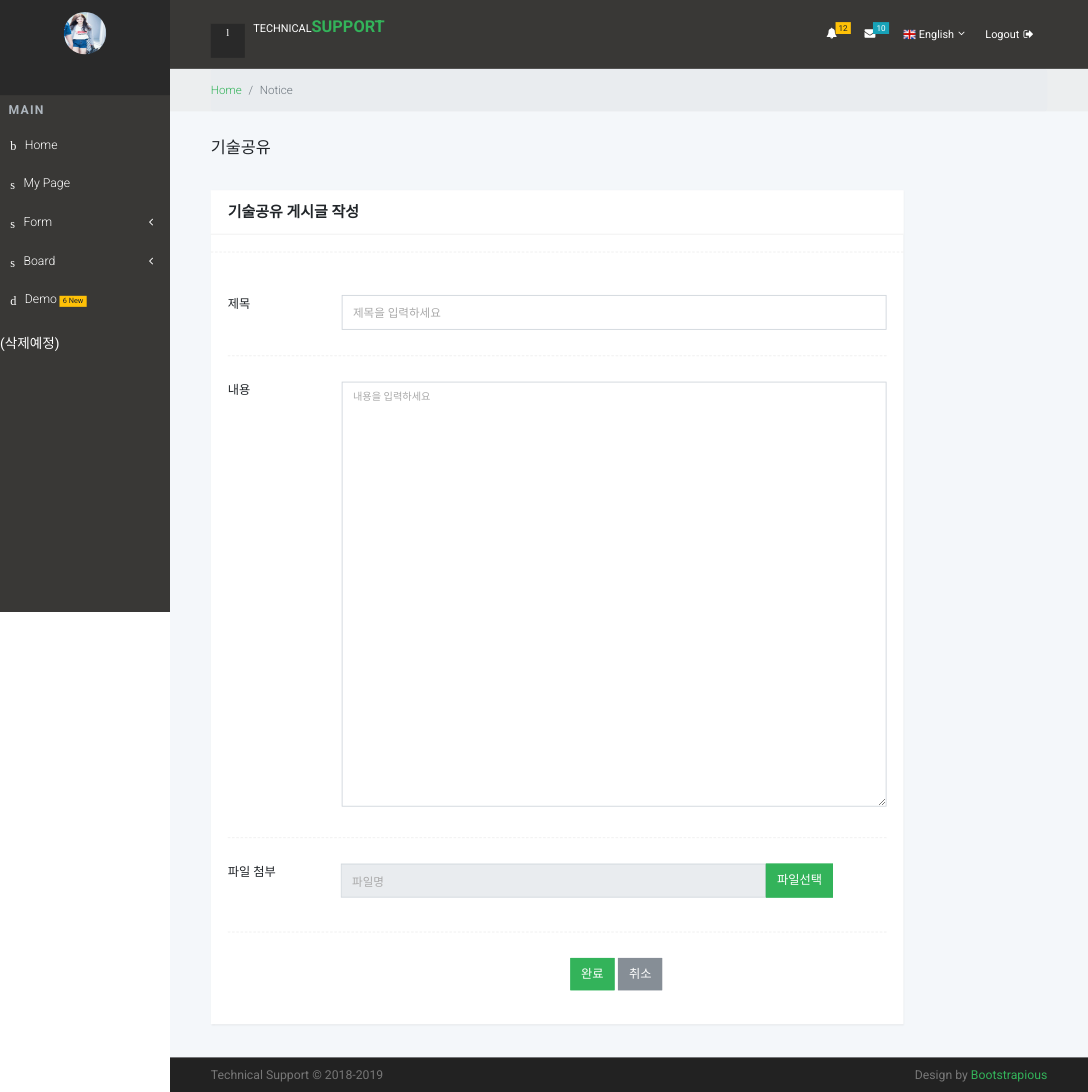
Repository: chi468/Tech_Support_Solution
Page: http://localhost/sol/views/sharing/sharingCreate.jsp
An editor plug-in stored every save of this project. The page is shown before and after the next save, followed by the edit.
The browser window is 1280 px wide. The pictures show the whole page, at 85% of full size.
Some web fonts or font styles are not loaded; a fallback is used. The page is served by Tomcat 9. Other server files are loaded and not shown.

Above is the page before, as saved 2018-12-04 12:18:33.

### web_workspace_sol/sol/WebContent/views/sharing/sharingCreate.jsp
<%@ page language="java" contentType="text/html; charset=UTF-8"
    pageEncoding="UTF-8"%>
<!DOCTYPE html PUBLIC "-//W3C//DTD HTML 4.01 Transitional//EN" "http://www.w3.org/TR/html4/loose.dtd">
<html>
  <head>
  <!-- head 부분 -->
  <%@include file="/layout/head.jsp" %>
  </head>

  <body>
    <!-- Side Navbar -->
    <%@include file="/layout/sideNavi.jsp" %>

    <div class="page">
      <!-- navbar-->
      <%@include file="/layout/header.jsp" %>
      <!-- Breadcrumb-->
      <div class="breadcrumb-holder">
        <div class="container-fluid">
          <ul class="breadcrumb">
            <li class="breadcrumb-item"><a href="index.html">Home</a></li>
            <li class="breadcrumb-item active">Notice       </li>
          </ul>
        </div>
      </div>
      <section class="forms">
        <div class="container-fluid">
          <!-- Page Header-->
          <header>
            <h1 class="h3 display">기술공유            </h1>
          </header>
          <div class="row">
            <div class="col-lg-10">
              <div class="card">
                <div class="card-header d-flex align-items-center">
                  <h4>기술공유 게시글 작성</h4>
                </div>

                <div class="line"></div>
                <div class="card-body">
                  <form class="form-horizontal" action="/createSharing.do" method="post" enctype="multipart/form-data">
                    <div class="form-group row">
                      <label class="col-sm-2 form-control-label">제목</label>
                      <div class="col-sm-10">
                        <input id="name" name="name" type="text" class="form-control" placeholder="제목을 입력하세요">
                      </div>
                    </div>
                    <div class="line"></div>
                    <div class="form-group row">
                      <label class="col-sm-2 form-control-label">내용</label>
                      <div class="col-sm-10 mb-3">
                        <textarea id="text" name="text" class="form-control" style="height:500px;" placeholder="내용을 입력하세요"></textarea>
                      </div>
                    </div>
                    <div class="line"></div>
                    <div class="form-group row">
                      <label class="col-sm-2 form-control-label">파일 첨부</label>
                      <div class="col-sm-8">
                        <div class="form-group">
                          <div class="input-group">
                            <div class="input-group-append">
                             <input type="text" id="fileName" name="fileName" class="form-control" placeholder="파일명" style="width:500px;" readonly/>
                             <input type="file" name="upfile" id="fileInput" style="display:none;" readonly/>
                             <button type="button" class="btn btn-primary" onclick="return inputFile();" name="upfile" id="fileInputBtn">파일선택</button>
                            </div>
                          </div>
                        </div>
                      </div>
                    </div>
                    <div class="line"></div>
                    <div class="form-group row">
                      <div class="col-sm-6 offset-sm-6">
                      	<button type="submit" class="btn btn-primary" onclick="return isSave();">완료</button>
                        <a href="/views/sharing/sharing.jsp" onclick="return isCancel();" class="btn btn-secondary">취소</a>
                      </div>
                    </div>
                  </form>
                </div>
              </div>
            </div>
          </div>
        </div>
      </section>
      <footer class="main-footer">
        <div class="container-fluid">
          <div class="row">
            <div class="col-sm-6">
              <p>Technical Support &copy; 2018-2019</p>
            </div>
            <div class="col-sm-6 text-right">
              <p>Design by <a href="https://bootstrapious.com" class="external">Bootstrapious</a></p>
              <!-- Please do not remove the backlink to us unless you support further theme's development at https://bootstrapious.com/donate. It is part of the license conditions and it helps me to run Bootstrapious. Thank you for understanding :)-->
            </div>
          </div>
        </div>
      </footer>
    </div>
    <!-- JavaScript files-->
	<%@ include file="/layout/javaScriptFile.jsp" %>

	<!-- cancel 버튼 확인을 위한 JavaScript 코드 -->
	<script>
		function isCancel(){
			if(window.confirm("정말로 취소하시겠습니까? 현재 작성하시던 글이 모두 취소됩니다.")){
				return true;
			}else
				return false;
		};

		function isSave(){

			console.log($("#name").val());

			if($("#name").val()=="" || $("#text").val()=="")
			{
				alert("작성되지 않은 부분이 있습니다.");
				return false;
			}


			if(window.confirm("저장하고 글을 올리시겠습니까?")){
				return true;
			}else
				return false;
		};



		function inputFile(){
			$("#fileInput").click();
		};

		$(function(){
			$("#fileInput").change(function(){

				var filePath = $("#fileInput").val();

				console.log(filePath);

				var fileName = filePath.split('\\').pop().trim();

				var ext = fileName.split('.').pop().trim();

				if(ext=="zip"||ext=="jpg"||ext=="png"||ext=="bmp"||ext=="jpeg"||ext=="gif"
					||ext=="hwp"||ext=="doc"||ext=="ppt"||ext=="xls"||ext=="txt"||ext=="pdf"){

					$("#fileName").val(fileName);
				}
				else{
					alert("이미지,일반문서,zip 파일만 업로드 가능합니다.");
				}
			});
		});

		function deleteFile(){
			$("#fileInput").val("");
			$("#fileName").val("");
		}




	</script>


    <!-- JavaScript files-->
 	<%@include file="/layout/javaScriptFile.jsp"%>
    <!-- Main File-->
    <script src="/js/front.js"></script>
  </body>
</html>

### web_workspace_sol/sol/WebContent/layout/head.jsp
<%@ page language="java" contentType="text/html; charset=UTF-8"
    pageEncoding="UTF-8"%>
<!DOCTYPE html PUBLIC "-//W3C//DTD HTML 4.01 Transitional//EN" "http://www.w3.org/TR/html4/loose.dtd">
<html>
 <head>
 	<%@ taglib prefix="c" uri="http://java.sun.com/jsp/jstl/core" %>
    <meta charset="utf-8">
    <meta http-equiv="X-UA-Compatible" content="IE=edge">
    <title>메인 페이지</title>
    <meta name="description" content="">
    <meta name="viewport" content="width=device-width, initial-scale=1">
    <meta name="robots" content="all,follow">
    <!-- Bootstrap CSS-->
    <link rel="stylesheet" href="/vendor/bootstrap/css/bootstrap.min.css">
    <!-- Font Awesome CSS-->
    <link rel="stylesheet" href="/vendor/font-awesome/css/font-awesome.min.css">
    <!-- Fontastic Custom icon font-->
    <link rel="stylesheet" href="/css/fontastic.css">
    <!-- Google fonts - Roboto -->
    <link rel="stylesheet" href="https://fonts.googleapis.com/css?family=Roboto:300,400,500,700">
    <!-- jQuery Circle-->
    <link rel="stylesheet" href="/css/grasp_mobile_progress_circle-1.0.0.min.css">
    <!-- Custom Scrollbar-->
    <link rel="stylesheet" href="/vendor/malihu-custom-scrollbar-plugin/jquery.mCustomScrollbar.css">
    <!-- theme stylesheet-->
    <link rel="stylesheet" href="/css/style.default.css" id="theme-stylesheet">
    <!-- Custom stylesheet - for your changes-->
    <link rel="stylesheet" href="/css/custom.css">
    <!-- Favicon-->
    <link rel="shortcut icon" href="/img/logo.png">
    <!-- Tweaks for older IEs--><!--[if lt IE 9]>
        <script src="https://oss.maxcdn.com/html5shiv/3.7.3/html5shiv.min.js"></script>
        <script src="https://oss.maxcdn.com/respond/1.4.2/respond.min.js"></script><![endif]-->
  </head>
<body>

</body>
</html>

### web_workspace_sol/sol/WebContent/layout/sideNavi.jsp
<%@ page language="java" contentType="text/html; charset=UTF-8"
    pageEncoding="UTF-8"%>
<%@ taglib prefix="c"   uri="http://java.sun.com/jsp/jstl/core" %>

<!DOCTYPE html PUBLIC "-//W3C//DTD HTML 4.01 Transitional//EN" "http://www.w3.org/TR/html4/loose.dtd">
<html>
<head>
<meta http-equiv="Content-Type" content="text/html; charset=UTF-8">
<title>Insert title here</title>
</head>
<body>

<nav class="side-navbar">
      <div class="side-navbar-wrapper">
        <!-- Sidebar Header    -->
        <div class="sidenav-header d-flex align-items-center justify-content-center">
          <!-- User Info-->
          <div class="sidenav-header-inner text-center"><img src="/img/photos/externalFile.jpg" alt="person" class="img-fluid rounded-circle">
            <h2 class="h5">${member.userName}</h2><span>${member.email}</span>
            <span>${member.company }</span>
          </div>
          <!-- Small Brand information, appears on minimized sidebar-->
          <div class="sidenav-header-logo"><a href="/index.html" class="brand-small text-center"> <strong>T</strong><strong class="text-primary">S</strong></a></div>
        </div>
        <!-- Sidebar Navigation Menus-->
        <div class="main-menu">
          <h5 class="sidenav-heading">Main</h5>
          <ul id="side-main-menu" class="side-menu list-unstyled">
            <li><a href="/views/main.jsp"> <i class="icon-home"></i>Home                             </a></li>
            <li><a href="/views/myPage/pwCheck.jsp"> <i class="icon-interface-windows"></i>My Page                             </a></li>
            <li><a href="#formDropDown" aria-expanded="false" data-toggle="collapse"> <i class="icon-interface-windows"></i>Form</a>
              <ul id="formDropDown" class="collapse list-unstyled ">
                <li><a href="/views/notice/noticeCreate.jsp">공지사항 작성</a></li>
                <li><a href="/views/sharing/sharingCreate.jsp">기술공유 작성</a></li>
                <li><a href="/views/technicalSupport/technicalSupportCreate.jsp">기술지원 작성</a></li>
              </ul>
            </li>
            <!--
            <li><a href="/charts.html"> <i class="fa fa-bar-chart"></i>Charts                             </a></li>
            <li><a href="/tables.html"> <i class="icon-grid"></i>Tables                             </a></li>
            -->
            <li><a href="#boardDropDown" aria-expanded="false" data-toggle="collapse"> <i class="icon-interface-windows"></i>Board</a>
              <ul id="boardDropDown" class="collapse list-unstyled ">
                <li><a href="/noticeView.do">공지사항</a></li>
                <li><a href="/sharingView.do">기술공유</a></li>
                <li><a href="/technicalSupportView.do">기술지원</a></li>
              </ul>
            </li>

            <li> <a href="#"> <i class="icon-mail"></i>Demo
                <div class="badge badge-warning">6 New</div></a></li>
          </ul>
        </div>
       	<!-- 어드민 페이지가 아닌경우 display none으로 변경 -->
       	<c:out value="${sessionScope.member.email}"/>(삭제예정) <br>
       	<c:if test="${sessionScope.member.typeNo==4}">
       	 <div class="admin-menu"  style="display:block;">
        	<h5 class="sidenav-heading">Admin menu</h5>
          	<ul id="side-admin-menu" class="side-menu list-unstyled">
            	<li> <a href="/memberAllView.do"> <i class="icon-screen"> </i>회원 전체 정보 조회</a></li>
            	<li> <a href="/views/admin/approval.jsp"> <i class="icon-flask"> </i>회원 가입 승인</a></li>
                	<div class="badge badge-info">Special</div></a></li>
            	<li> <a href=""> <i class="icon-flask"> </i>Demo</a></li>
            	<li> <a href=""> <i class="icon-picture"> </i>Demo</a></li>
          </ul>
         </div>
        </c:if>
      </div>
    </nav>


</body>
</html>

### web_workspace_sol/sol/WebContent/layout/header.jsp
 	<header class="header">
        <nav class="navbar">
          <div class="container-fluid">
            <div class="navbar-holder d-flex align-items-center justify-content-between">
              <div class="navbar-header"><a id="toggle-btn" href="#" class="menu-btn"><i class="icon-bars"> </i></a><a href="/views/main.jsp" class="navbar-brand">
                  <div class="brand-text d-none d-md-inline-block"><span>Technical</span><strong class="text-primary">Support</strong></div></a></div>
              <ul class="nav-menu list-unstyled d-flex flex-md-row align-items-md-center">
                <!-- Notifications dropdown-->
                <li class="nav-item dropdown"> <a id="notifications" rel="nofollow" data-target="#" href="#" data-toggle="dropdown" aria-haspopup="true" aria-expanded="false" class="nav-link"><i class="fa fa-bell"></i><span class="badge badge-warning">12</span></a>
                  <ul aria-labelledby="notifications" class="dropdown-menu">
                    <li><a rel="nofollow" href="#" class="dropdown-item">
                        <div class="notification d-flex justify-content-between">
                          <div class="notification-content"><i class="fa fa-envelope"></i>You have 6 new messages </div>
                          <div class="notification-time"><small>4 minutes ago</small></div>
                        </div></a></li>
                    <li><a rel="nofollow" href="#" class="dropdown-item">
                        <div class="notification d-flex justify-content-between">
                          <div class="notification-content"><i class="fa fa-twitter"></i>You have 2 followers</div>
                          <div class="notification-time"><small>4 minutes ago</small></div>
                        </div></a></li>
                    <li><a rel="nofollow" href="#" class="dropdown-item">
                        <div class="notification d-flex justify-content-between">
                          <div class="notification-content"><i class="fa fa-upload"></i>Server Rebooted</div>
                          <div class="notification-time"><small>4 minutes ago</small></div>
                        </div></a></li>
                    <li><a rel="nofollow" href="#" class="dropdown-item">
                        <div class="notification d-flex justify-content-between">
                          <div class="notification-content"><i class="fa fa-twitter"></i>You have 2 followers</div>
                          <div class="notification-time"><small>10 minutes ago</small></div>
                        </div></a></li>
                    <li><a rel="nofollow" href="#" class="dropdown-item all-notifications text-center"> <strong> <i class="fa fa-bell"></i>view all notifications                                            </strong></a></li>
                  </ul>
                </li>
                <!-- Messages dropdown-->
                <li class="nav-item dropdown"> <a id="messages" rel="nofollow" data-target="#" href="#" data-toggle="dropdown" aria-haspopup="true" aria-expanded="false" class="nav-link"><i class="fa fa-envelope"></i><span class="badge badge-info">10</span></a>
                  <ul aria-labelledby="notifications" class="dropdown-menu">
                    <li><a rel="nofollow" href="#" class="dropdown-item d-flex">
                        <div class="msg-profile"> <img src="/img/avatar-1.jpg" alt="..." class="img-fluid rounded-circle"></div>
                        <div class="msg-body">
                          <h3 class="h5">Jason Doe</h3><span>sent you a direct message</span><small>3 days ago at 7:58 pm - 10.06.2014</small>
                        </div></a></li>
                    <li><a rel="nofollow" href="#" class="dropdown-item d-flex">
                        <div class="msg-profile"> <img src="/img/avatar-2.jpg" alt="..." class="img-fluid rounded-circle"></div>
                        <div class="msg-body">
                          <h3 class="h5">Frank Williams</h3><span>sent you a direct message</span><small>3 days ago at 7:58 pm - 10.06.2014</small>
                        </div></a></li>
                    <li><a rel="nofollow" href="#" class="dropdown-item d-flex">
                        <div class="msg-profile"> <img src="/img/avatar-3.jpg" alt="..." class="img-fluid rounded-circle"></div>
                        <div class="msg-body">
                          <h3 class="h5">Ashley Wood</h3><span>sent you a direct message</span><small>3 days ago at 7:58 pm - 10.06.2014</small>
                        </div></a></li>
                    <li><a rel="nofollow" href="#" class="dropdown-item all-notifications text-center"> <strong> <i class="fa fa-envelope"></i>Read all messages    </strong></a></li>
                  </ul>
                </li>
                <!-- Languages dropdown    -->
                <li class="nav-item dropdown"><a id="languages" rel="nofollow" data-target="#" href="#" data-toggle="dropdown" aria-haspopup="true" aria-expanded="false" class="nav-link language dropdown-toggle"><img src="/img/flags/16/GB.png" alt="English"><span class="d-none d-sm-inline-block">English</span></a>
                  <ul aria-labelledby="languages" class="dropdown-menu">
                    <li><a rel="nofollow" href="#" class="dropdown-item"> <img src="img/flags/16/DE.png" alt="English" class="mr-2"><span>German</span></a></li>
                    <li><a rel="nofollow" href="#" class="dropdown-item"> <img src="img/flags/16/FR.png" alt="English" class="mr-2"><span>French                                                         </span></a></li>
                  </ul>
                </li>
                <!-- Log out-->
                <li class="nav-item"><a href="/logout.do" class="nav-link logout"> <span class="d-none d-sm-inline-block">Logout</span><i class="fa fa-sign-out"></i></a></li>
              </ul>
            </div>
          </div>
        </nav>
 	</header>

### web_workspace_sol/sol/WebContent/layout/javaScriptFile.jsp
<%@ page language="java" contentType="text/html; charset=UTF-8"
    pageEncoding="UTF-8"%>
<!DOCTYPE html PUBLIC "-//W3C//DTD HTML 4.01 Transitional//EN" "http://www.w3.org/TR/html4/loose.dtd">
<html>
<head>
<meta http-equiv="Content-Type" content="text/html; charset=UTF-8">
<title>Insert title here</title>
</head>
<body>

 	<script src="/vendor/jquery/jquery.min.js"></script>
    <script src="/vendor/popper.js/umd/popper.min.js"> </script>
    <script src="/vendor/bootstrap/js/bootstrap.min.js"></script>
    <script src="/js/grasp_mobile_progress_circle-1.0.0.min.js"></script>
    <script src="/vendor/jquery.cookie/jquery.cookie.js"> </script>
    <script src="/vendor/chart.js/Chart.min.js"></script>
    <script src="/vendor/jquery-validation/jquery.validate.min.js"></script>
    <script src="/vendor/malihu-custom-scrollbar-plugin/jquery.mCustomScrollbar.concat.min.js"></script>
    <script src="/js/charts-home.js"></script>

</body>
</html>

### web_workspace_sol/sol/WebContent/css/fontastic.css
@charset "UTF-8";

@font-face {
  font-family: "dashboard";
  src:url("../fonts/dashboard.eot");
  src:url("../fonts/dashboard.eot?#iefix") format("embedded-opentype"),
    url("../fonts/dashboard.woff") format("woff"),
    url("../fonts/dashboard.ttf") format("truetype"),
    url("../fonts/dashboard.svg#dashboard") format("svg");
  font-weight: normal;
  font-style: normal;

}

[data-icon]:before {
  font-family: "dashboard" !important;
  content: attr(data-icon);
  font-style: normal !important;
  font-weight: normal !important;
  font-variant: normal !important;
  text-transform: none !important;
  speak: none;
  line-height: 1;
  -webkit-font-smoothing: antialiased;
  -moz-osx-font-smoothing: grayscale;
}

[class^="icon-"]:before,
[class*=" icon-"]:before {
  font-family: "dashboard" !important;
  font-style: normal !important;
  font-weight: normal !important;
  font-variant: normal !important;
  text-transform: none !important;
  speak: none;
  line-height: 1;
  -webkit-font-smoothing: antialiased;
  -moz-osx-font-smoothing: grayscale;
}

.icon-home:before {
  content: "\62";
}
.icon-form:before {
  content: "\61";
}
.icon-list:before {
  content: "\63";
}
.icon-presentation:before {
  content: "\65";
}
.icon-bill:before {
  content: "\66";
}
.icon-check:before {
  content: "\67";
}
.icon-list-1:before {
  content: "\68";
}
.icon-padnote:before {
  content: "\69";
}
.icon-pencil-case:before {
  content: "\6a";
}
.icon-user:before {
  content: "\6b";
}
.icon-bars:before {
  content: "\6c";
}
.icon-line-chart:before {
  content: "\70";
}
.icon-flask:before {
  content: "\6d";
}
.icon-grid:before {
  content: "\6e";
}
.icon-picture:before {
  content: "\6f";
}
.icon-website:before {
  content: "\71";
}
.icon-screen:before {
  content: "\72";
}
.icon-interface-windows:before {
  content: "\73";
}
.icon-clock:before {
  content: "\74";
}
.icon-rss-feed:before {
  content: "\75";
}
.icon-mail:before {
  content: "\64";
}
.icon-ios-email-outline:before {
  content: "\76";
}
.icon-paper-airplane:before {
  content: "\77";
}
.icon-ios-email:before {
  content: "\78";
}
.icon-page:before {
  content: "\41";
}
.icon-close:before {
  content: "\79";
}
.icon-search:before {
  content: "\7a";
}

Loaded but not shown: web_workspace_sol/sol/WebContent/css/grasp_mobile_progress_circle-1.0.0.min.css (common file); web_workspace_sol/sol/WebContent/css/custom.css (common file); web_workspace_sol/sol/WebContent/js/grasp_mobile_progress_circle-1.0.0.min.js (common file); web_workspace_sol/sol/WebContent/js/front.js (152 lines, source omitted); web_workspace_sol/sol/WebContent/js/charts-home.js (110 lines, source omitted); web_workspace_sol/sol/WebContent/css/style.default.css (3064 lines, source omitted)

After the next save:
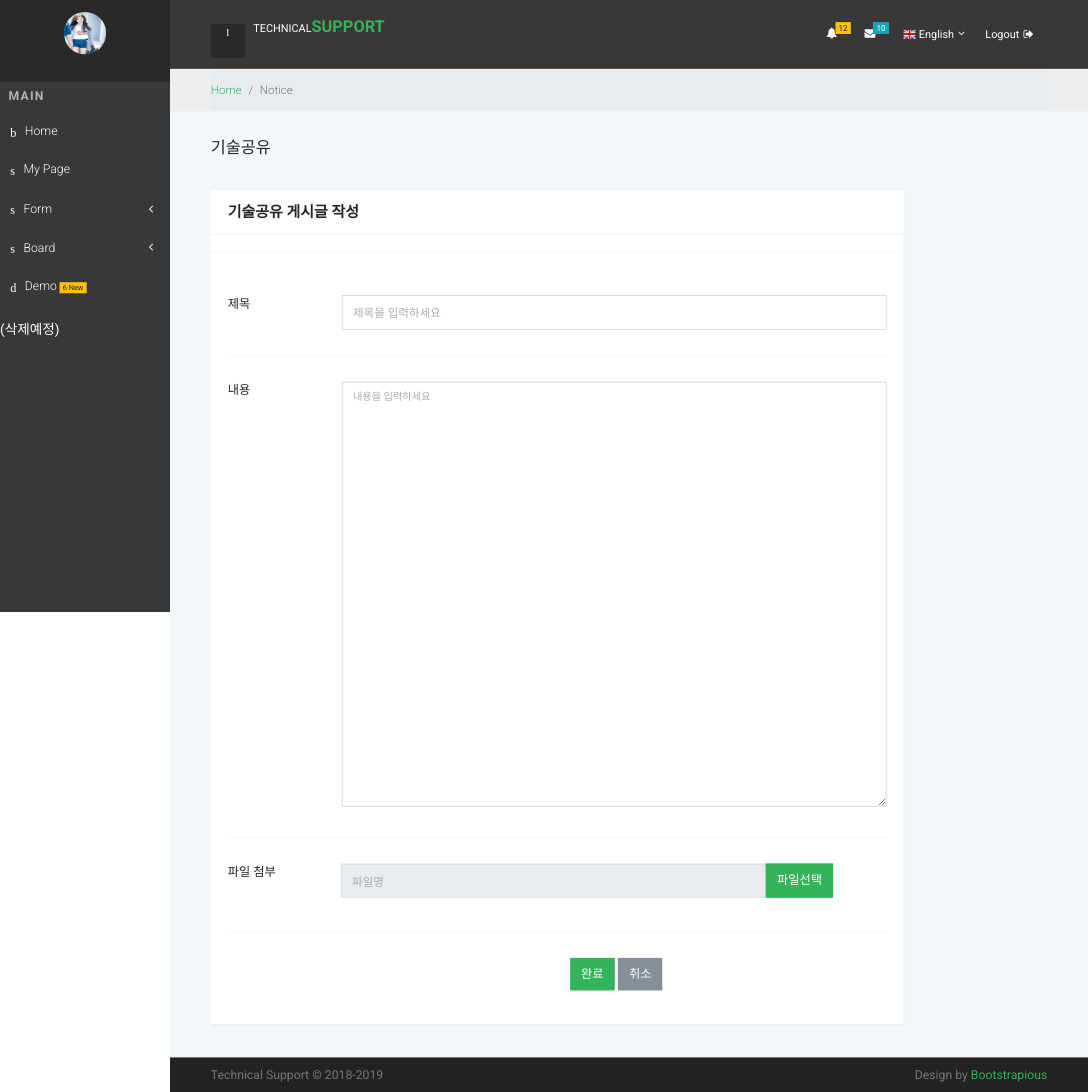
Saved 12 s later.
--- a/web_workspace_sol/sol/WebContent/layout/sideNavi.jsp
+++ b/web_workspace_sol/sol/WebContent/layout/sideNavi.jsp
@@ -17,7 +17,7 @@
           <!-- User Info-->
           <div class="sidenav-header-inner text-center"><img src="/img/photos/externalFile.jpg" alt="person" class="img-fluid rounded-circle">
             <h2 class="h5">${member.userName}</h2><span>${member.email}</span>
-            <span>${member.company }</span>
+            <h3><span>${member.company }</span></h3>
           </div>
           <!-- Small Brand information, appears on minimized sidebar-->
           <div class="sidenav-header-logo"><a href="/index.html" class="brand-small text-center"> <strong>T</strong><strong class="text-primary">S</strong></a></div>
